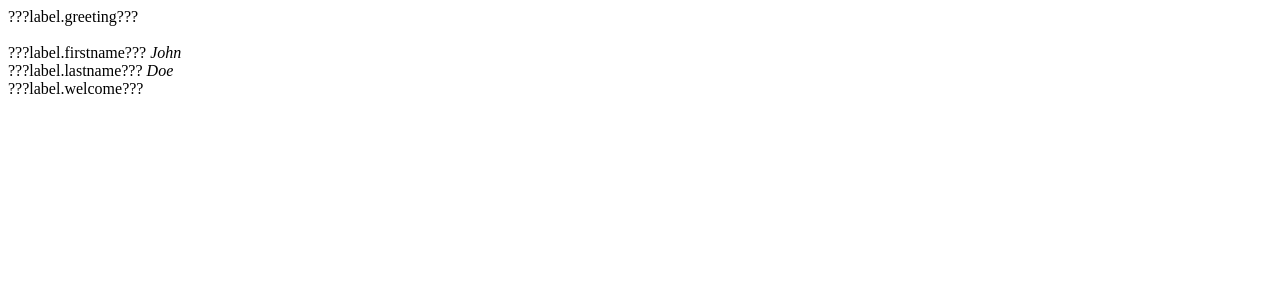
Repository: aashigupta165/advance-java
Page: http://localhost/notes/i18n-messages-test.jsp?theLocale=en_US
These files come from the project's save history. The page is drawn as it stood at one moment and after the next save; the edit follows.
The browser window is 1280 px wide. The pictures show the whole page.
The page is served by Tomcat 9. Nobody is signed in. The application's start-up code is not run. Other server files are loaded and not shown.

Above is the page before, as saved 2019-08-24 06:33:12.

### notes/WebContent/i18n-messages-test.jsp
<%@ taglib uri="http://java.sun.com/jsp/jstl/core" prefix="c" %>

<%@ taglib uri="http://java.sun.com/jsp/jstl/fmt" prefix="fmt" %>

<html>

<body>

<fmt:message key="label.greeting" /> <br/> <br/>

<fmt:message key="label.firstname" /> <i>John</i> <br/>

<fmt:message key="label.lastname" /> <i>Doe</i> <br/>

<fmt:message key="label.welcome" /> <br/>

</body>

</html>

After the next save:
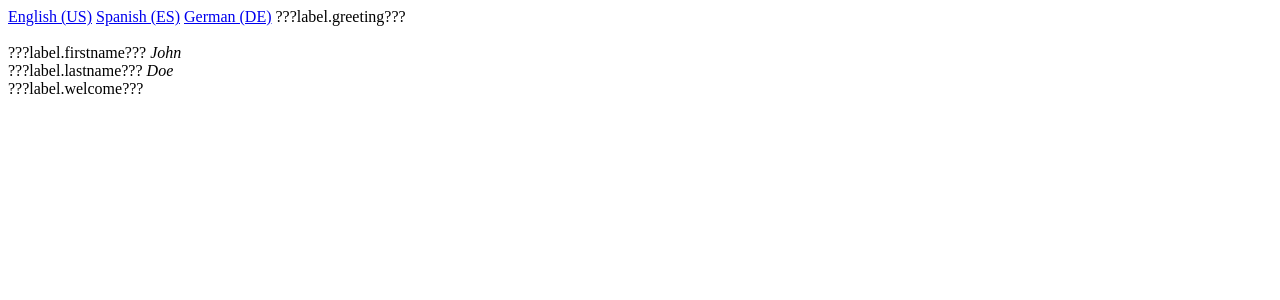
Saved 4 min 31 s later.
--- a/notes/WebContent/i18n-messages-test.jsp
+++ b/notes/WebContent/i18n-messages-test.jsp
@@ -5,6 +5,12 @@
 <html>
 
 <body>
+
+<a href="i18n-messages-test.jsp?theLocale=en_US">English (US)</a>
+
+<a href="i18n-messages-test.jsp?theLocale=en_US">Spanish (ES)</a>
+
+<a href="i18n-messages-test.jsp?theLocale=en_US">German (DE)</a>
 
 <fmt:message key="label.greeting" /> <br/> <br/>
 
